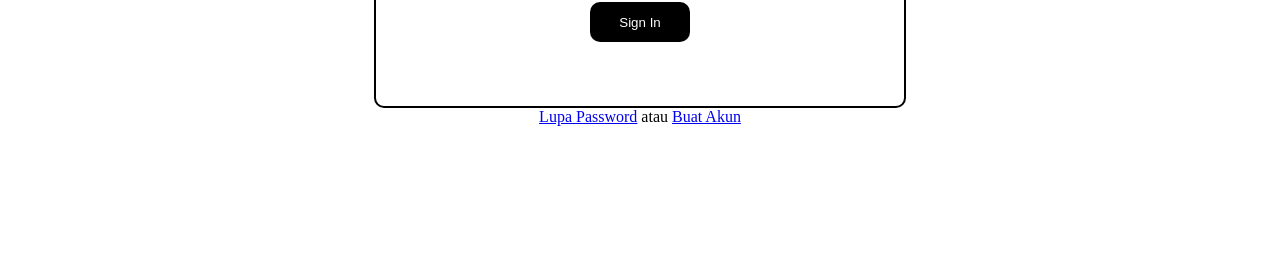
Repository: askan-ken/SMK-Telkom
Page: index.html
These files come from the project's save history. The page is drawn as it stood at one moment and after a run of saves; the edit follows.
The browser window is 1280 px wide. The pictures show the part of the page from y = 1310 to 2262 px (the page is 1564 px tall before and 2262 px after).
A picture or video elsewhere on the page could not be fetched, so the positions and the page height are approximate. Some web fonts or font styles are not loaded; a fallback is used.

Above is the page before, as saved 2023-02-17 20:04:47.

After the next 5 saves:
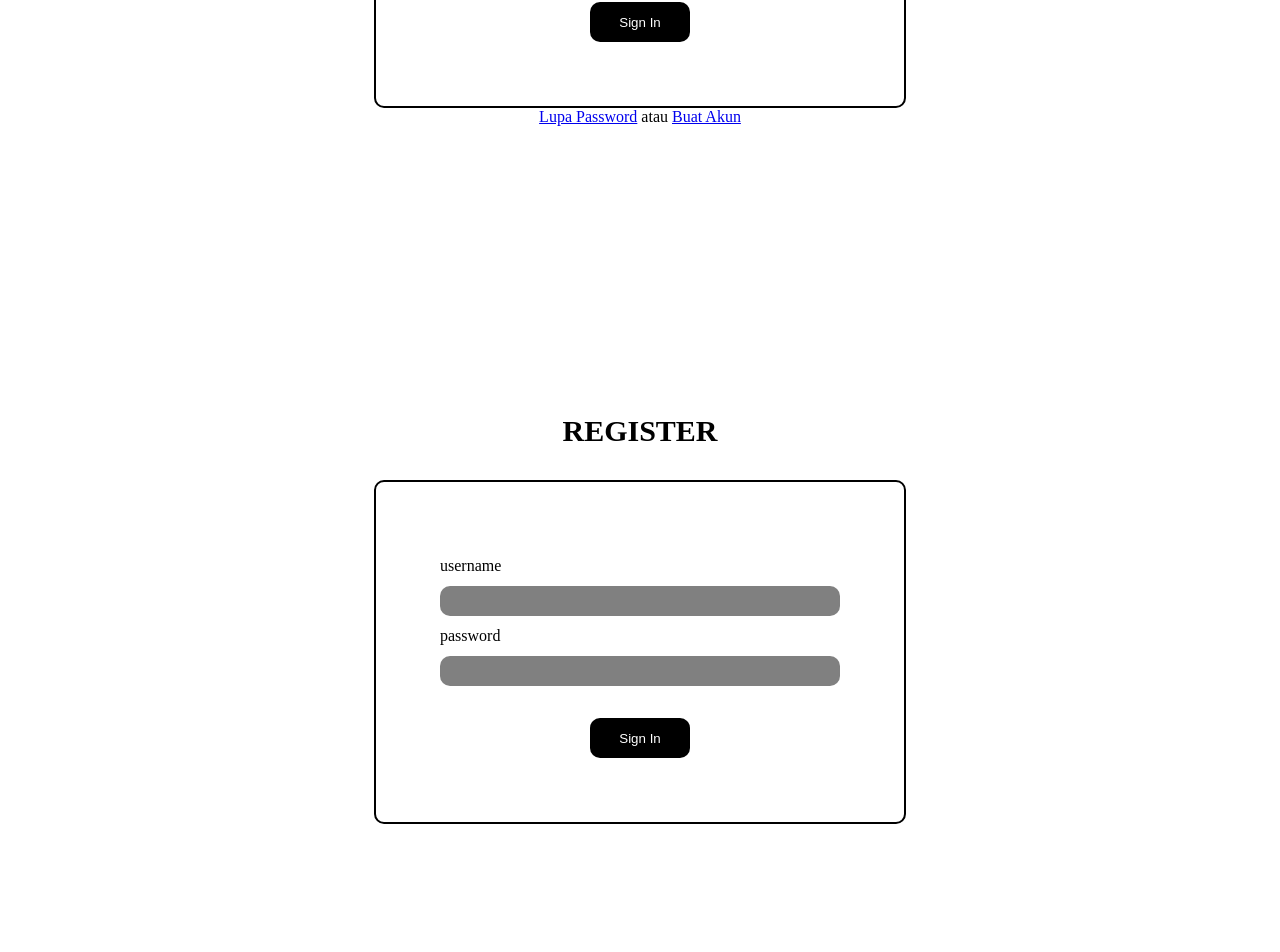
The 5 saves are shown as one change because they came seconds apart.
The last was saved 27 s later.
--- a/index.js
+++ b/index.js
@@ -96,10 +96,3 @@ for (var i = 0; i < localStorage.length; i++) {
     imageContainer.appendChild(img);
   }
 }
-
-
-register.style.display = "none"
-
-function registerPage(){
-  registerButton.style.display
-}

After the 3 saves that followed:
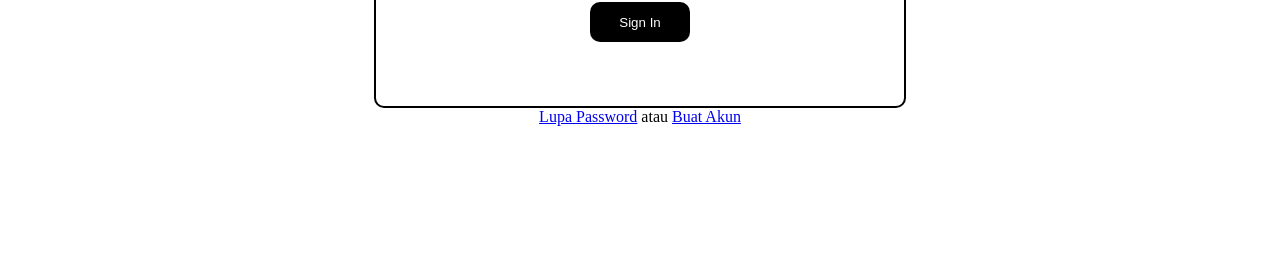
The 3 saves are shown as one change because they came seconds apart.
The last was saved 9 s later.
--- a/index.js
+++ b/index.js
@@ -11,7 +11,7 @@ const register = document.getElementById('register')
 const registerButton = document.getElementById('registerBtn');
 
 
-
+register.style.display = "none"
 logoutButton.style.display = "none";
 home.addEventListener("click", displayBlockHome);
 function displayBlockHome() {
@@ -33,6 +33,8 @@ function displayBlockLogin() {
   home.style.display = "none";
   gallery.style.display = "none";
 }
+
+
 
 function onLogin() {
   localStorage.setItem("username", usernameInput.value);
